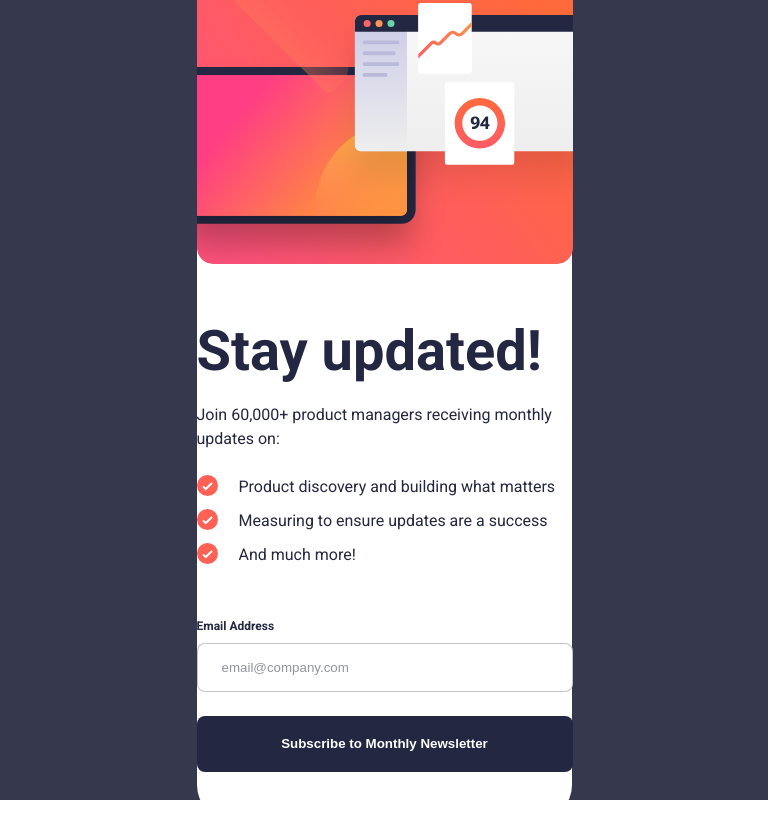
Repository: brandontaylor1/newsletter-signup
Page: index.html
The author's editor kept a copy of each file at every save. The page is drawn from the files as they stood at one save, then again after the next save.
The browser window is 768 px wide. The pictures show the whole page.

Above is the page before, as saved 2025-01-19 23:52:09.

After the next save:
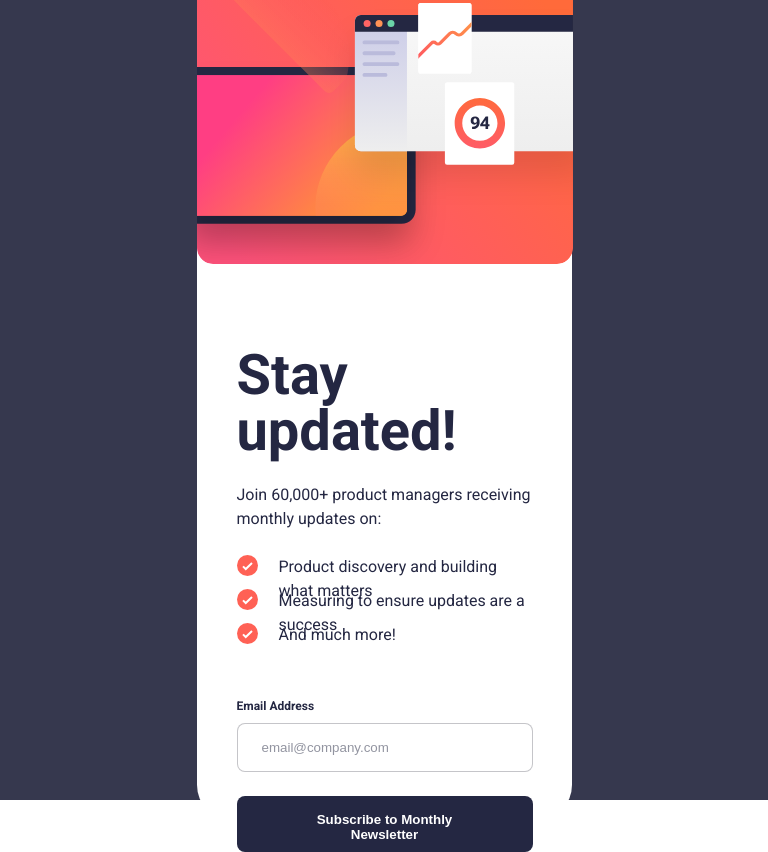
Saved 87 s later.
--- a/styles.css
+++ b/styles.css
@@ -210,6 +210,10 @@
         padding: 0;
     }
 
+    .card-content-text {
+        padding: 24px 40px;
+    }
+
     .card-image {
         order: 1;
     }

After the save that followed:
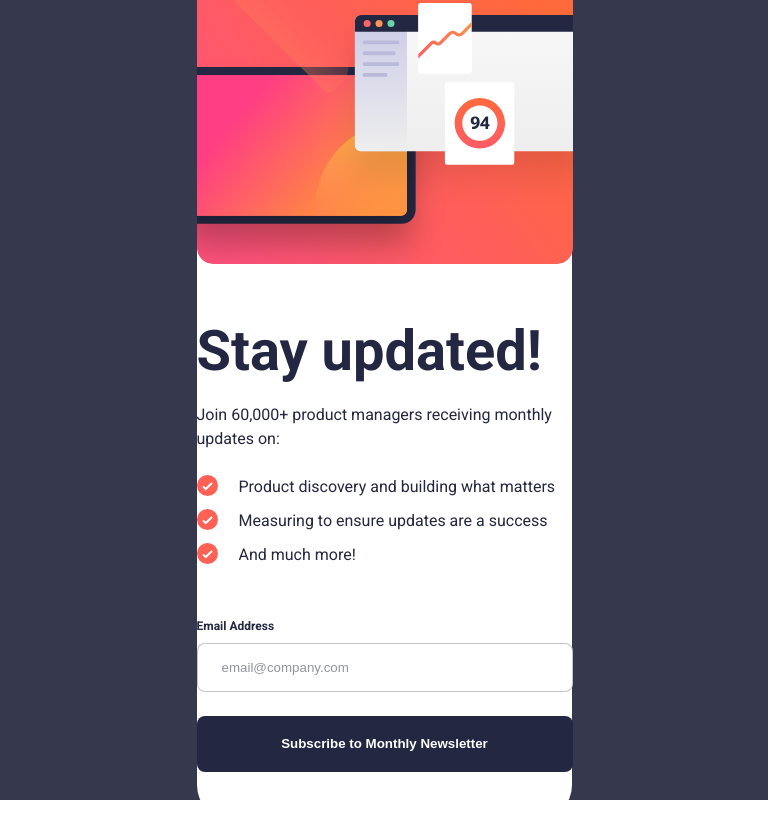
Saved 37 s later.
--- a/styles.css
+++ b/styles.css
@@ -211,7 +211,7 @@
     }
 
     .card-content-text {
-        padding: 24px 40px;
+        padding: 40px 24;
     }
 
     .card-image {
